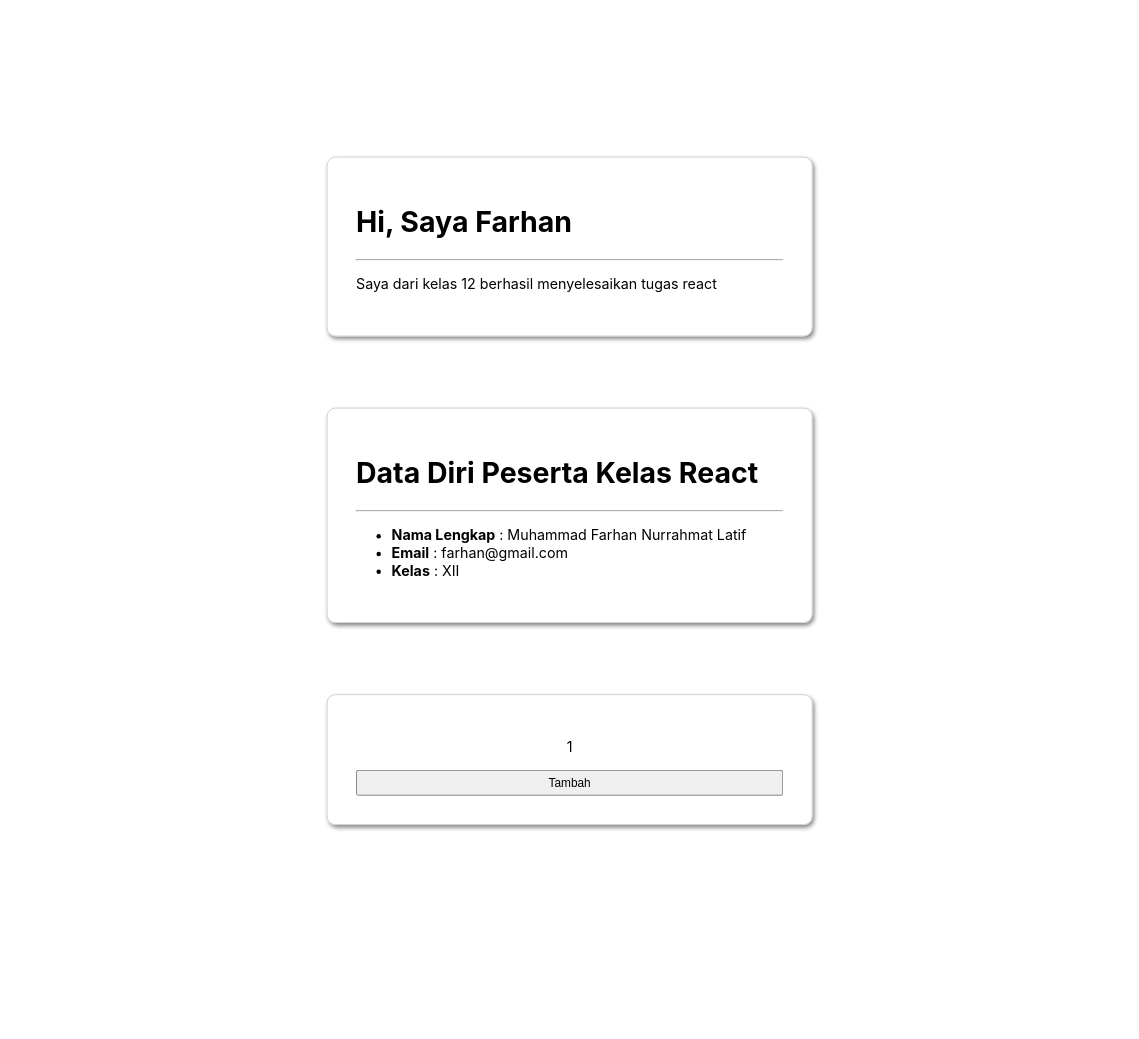
Repository: mfarhannr/Tugas-Reactjs_Farhan
Page: /
These files come from the project's save history. The page is drawn as it stood at one moment and after a run of saves; the edit follows.
The browser window is 1280 px wide. The pictures show the whole page, at 89% of full size.
The project was rebuilt for these pictures with package versions that can differ from the ones it lists, and the page was loaded fresh each time.

Above is the page before, as saved 2024-05-06 14:41:51.

### src/App.js
import './App.css';
import Tugas6 from "./tugas6/tugas6";
// import Welcome from "./WelcomeComponent";
import Tugas7 from './tugas7/tugas7';
import Tugas8 from "./tugas8/tugas8";

function App() {
  return (
    <div className="App">
        <Tugas6 />
        <Tugas7
          name="Muhammad Farhan Nurrahmat Latif"
          email="farhan@gmail.com"
          kelas="XII"
      />
      <Tugas8 />
    </div>
  );
}

export default App;

### src/App.css
.App {
  padding: 10rem;
}

.Card6 {
  border: 1px solid #ccc;
  border-radius: 10px;
  padding: 2em;
  margin: 1em auto;
  width: 50%;
  box-shadow: 2px 3px 5px #888888;
}

span {
  font-size:bold;
}

.tambah {
  width:100%;
  padding: 5px 0px;
}

.Card7 {
  border: 1px solid #ccc;
  border-radius: 10px;
  padding: 2em;
  margin: 5em auto;
  width: 50%;
  box-shadow: 2px 3px 5px #888888;
}

.Card8 {
  text-align: center;
  border: 1px solid #ccc;
  border-radius: 10px;
  padding: 2em;
  margin: 5em auto;
  width: 50%;
  box-shadow: 2px 3px 5px #888888;
}

.App-logo {
  height: 40vmin;
  pointer-events: none;
}

@media (prefers-reduced-motion: no-preference) {
  .App-logo {
    animation: App-logo-spin infinite 20s linear;
  }
}

.App-header {
  background-color: #282c34;
  min-height: 100vh;
  display: flex;
  flex-direction: column;
  align-items: center;
  justify-content: center;
  font-size: calc(10px + 2vmin);
  color: white;
}

.App-link {
  color: #61dafb;
}

@keyframes App-logo-spin {
  from {
    transform: rotate(0deg);
  }
  to {
    transform: rotate(360deg);
  }
}

### src/tugas6/tugas6.js
import React from "react";

function Tugas6() {
    return (
      <div className="Card6">
        <h1>Hi, Saya Farhan</h1>
        <hr></hr>
        <p>Saya dari kelas 12 berhasil menyelesaikan tugas react</p>
      </div>
    );
}

export default Tugas6;

### src/tugas7/tugas7.js
import React from "react";

function Tugas7(props) {
  return (
    <div className="Card7">
      <h1>Data Diri Peserta Kelas React</h1>
      <hr></hr>
      <ul>
        <li>
          <b>Nama Lengkap</b> : {props.name}
        </li>
        <li>
          <b>Email</b> : {props.email}
        </li>
        <li>
          <b>Kelas</b> : {props.kelas}
        </li>
      </ul>
    </div>
  );
}

export default Tugas7;

### src/tugas8/tugas8.js
import React, { Component } from 'react';
class Tugas8 extends Component {
  constructor(props) {
    super(props);
    this.state = {
      count:1
    };
  }

  handleIncrement = () => {
    this.setState({ count: this.state.count + 1 });
  };

  render() {
    const { count } = this.state;
    return (
      <div className="Card8">
        <p>{count}</p>
        {count > 10 ? (
          <p>sudah lebih dari 10</p>
        ) : (
          <button className="tambah"  onClick={this.handleIncrement}>Tambah</button>
        )}
      </div>
    );
  }
}

export default Tugas8;

Loaded but not shown: public/index.html (common file); src/index.js (common file); src/index.css (common file); src/reportWebVitals.js (common file)

After the next 2 saves:
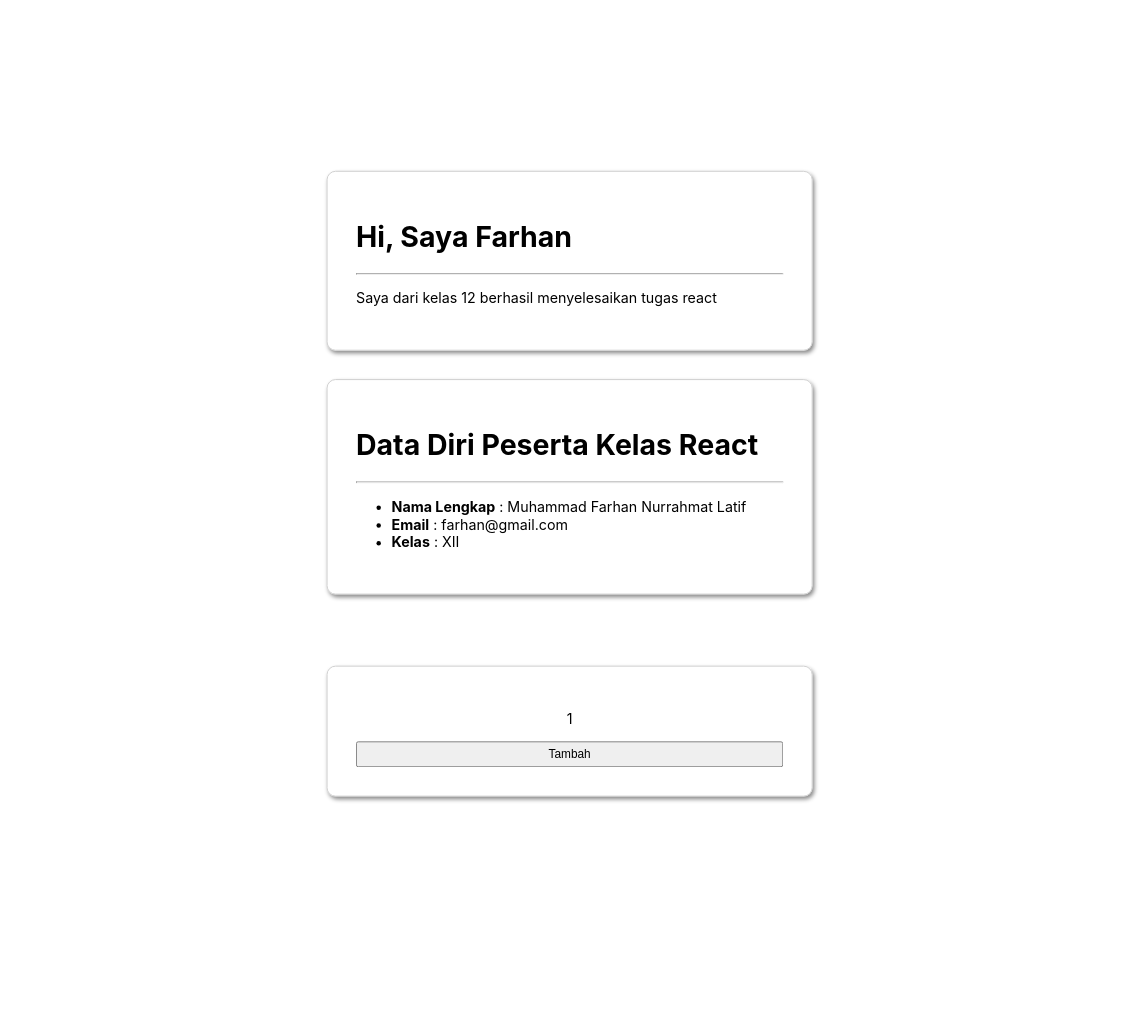
The 2 saves are shown as one change because they came seconds apart.
The last was saved 8 s later.
--- a/src/App.css
+++ b/src/App.css
@@ -6,7 +6,7 @@
   border: 1px solid #ccc;
   border-radius: 10px;
   padding: 2em;
-  margin: 1em auto;
+  margin: 2em auto;
   width: 50%;
   box-shadow: 2px 3px 5px #888888;
 }
@@ -24,7 +24,7 @@ span {
   border: 1px solid #ccc;
   border-radius: 10px;
   padding: 2em;
-  margin: 5em auto;
+  margin: 2em auto;
   width: 50%;
   box-shadow: 2px 3px 5px #888888;
 }
